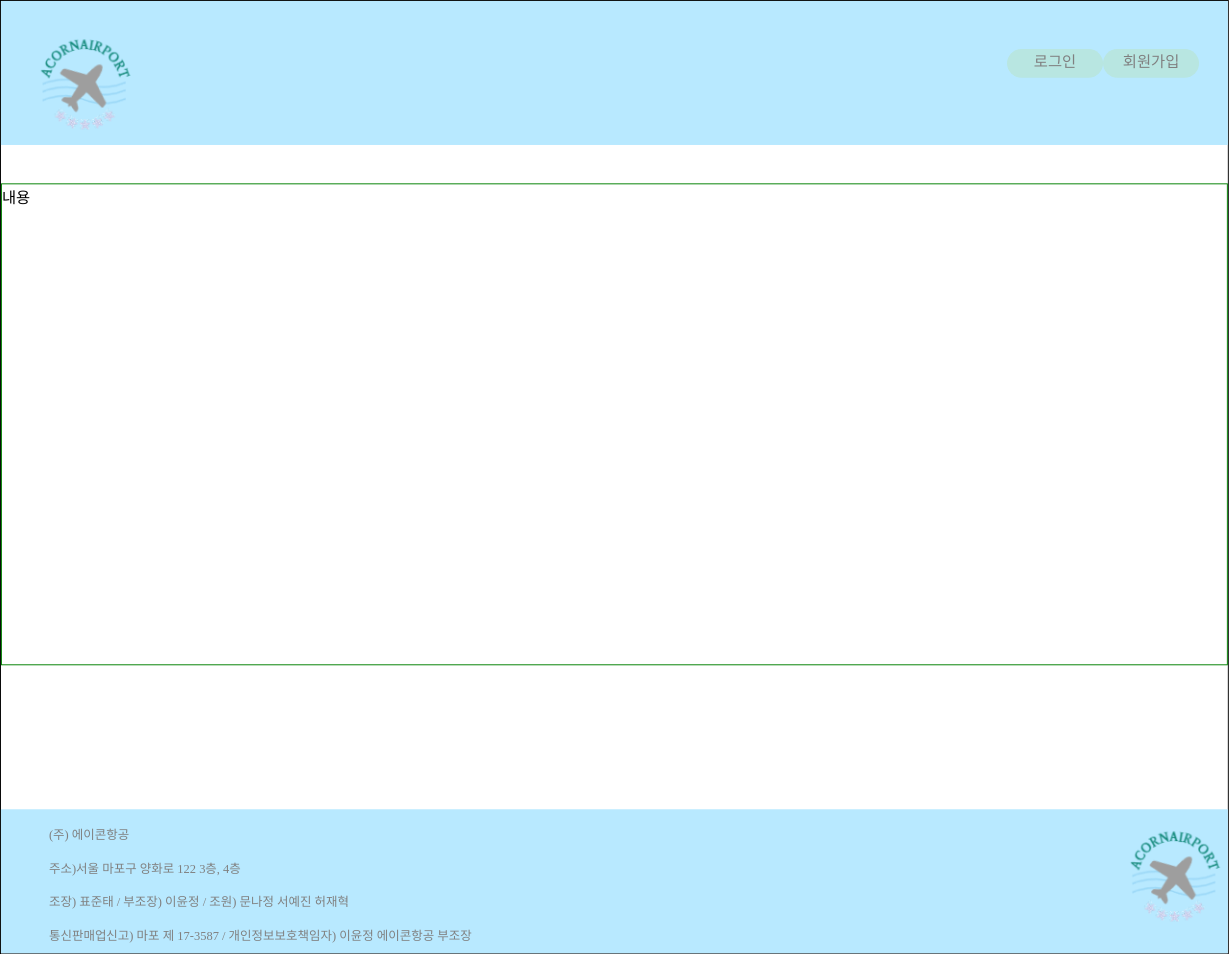
Repository: juntae710/Acorn_AirlineReservation_Project
Page: http://localhost/prj3_1/WEB-INF/views/h_index.jsp
An editor plug-in stored every save of this project. The page is shown before and after the next save, followed by the edit.
The browser window is 1280 px wide. The pictures show the whole page, at 96% of full size.
The page is served by Tomcat 9. Nobody is signed in. Other server files are loaded and not shown. The template is opened directly, without the code that normally fills it, so the values that code supplies are empty.

Above is the page before, as saved 2023-09-20 02:26:40.

### Eclipse/prj3_1/src/main/webapp/WEB-INF/views/h_index.jsp
<%@ page language="java" contentType="text/html; charset=UTF-8"
	pageEncoding="UTF-8"%>
<!DOCTYPE html>
<html>
<head>
<meta charset="UTF-8">
<title>Insert title here</title>
<style>
* {
	margin: 0;
}

main {
	border: 1px solid black;
}

header {
	background-color: #B8E9FF;
	height: 150px;
	display: flex;
	position: relative;
}

.headerimg {
	width: 200px;
	height: 70px;
	position: absolute;
	left: 30px;
	top: 30px;
}

.headerAtag {
	display: flex;
	width: 200px;
	height: 50px;
	position: absolute;
	right: 30px;
	top: 30px;
	text-align: center;
}

section {
	border: 1px solid green;
	height: 500px;
	margin-top: 40px;
}

footer {
	height: 150px;
	margin-top: 150px;
	margin-bottom: 0px;
	display: flex;
	background-color: #B8E9FF ;
}
a{
	color: gray;
	text-decoration: none;
	}


.a_box{
		margin-top: 20px;
		border-radius: 40px;
		background-color: #B8E6E1;
		width: 100px;
		height: 30px;
		}

.footer_info {
	margin-left: 50px;
	width: 1000px;
	font-size: 13px;
	color: gray;
}

.footer_img {
	width: 200px;
	height: 100px;
	margin-left: 600px;
	margin-top: 13px;
}
</style>
</head>
<body>
	<main>
		<header>
			<div class="headerimg">
				<img alt="이미지" src="<%=request.getContextPath()%>/img/acornairport.png">
			</div>

			<%
			String id = (String) session.getAttribute("id");
			%>

			<div class="headerAtag">
				<%
				if (id == null) {
				%>
				<div class="a_box"><a href="<%=request.getContextPath()%>/h_login">로그인</a></div>
				<%
				%>
				<div class="a_box"><a href="<%=request.getContextPath()%>/l_join">회원가입</a></div>
				<%
				} else {
				%>
				<p>아이디: <%=id%>님 </p>
				<div class="a_box"><a href="<%=request.getContextPath()%>/h_logOut">로그아웃</a></div>
				<div class="a_box"><a href="<%=request.getContextPath()%>/smain">마이페이지</a></div>

				<%
				}
				%>
			</div>

		</header>

		<section>내용</section>



		<footer>
			<div class="footer_info">
				<br>(주) 에이콘항공 <br>
				<br> 주소)서울 마포구 양화로 122 3층, 4층 <br>
				<br> 조장) 표준태 / 부조장) 이윤정 / 조원) 문나정 서예진 허재혁 <br>
				<br> 통신판매업신고) 마포 제 17-3587 / 개인정보보호책임자) 이윤정 에이콘항공 부조장
			</div>
			<div class="footer_img">
				<img alt="이미지" src="<%=request.getContextPath()%>/img/acornairport.png">
			</div>
		</footer>
	</main>
</body>
</html>

After the next save:
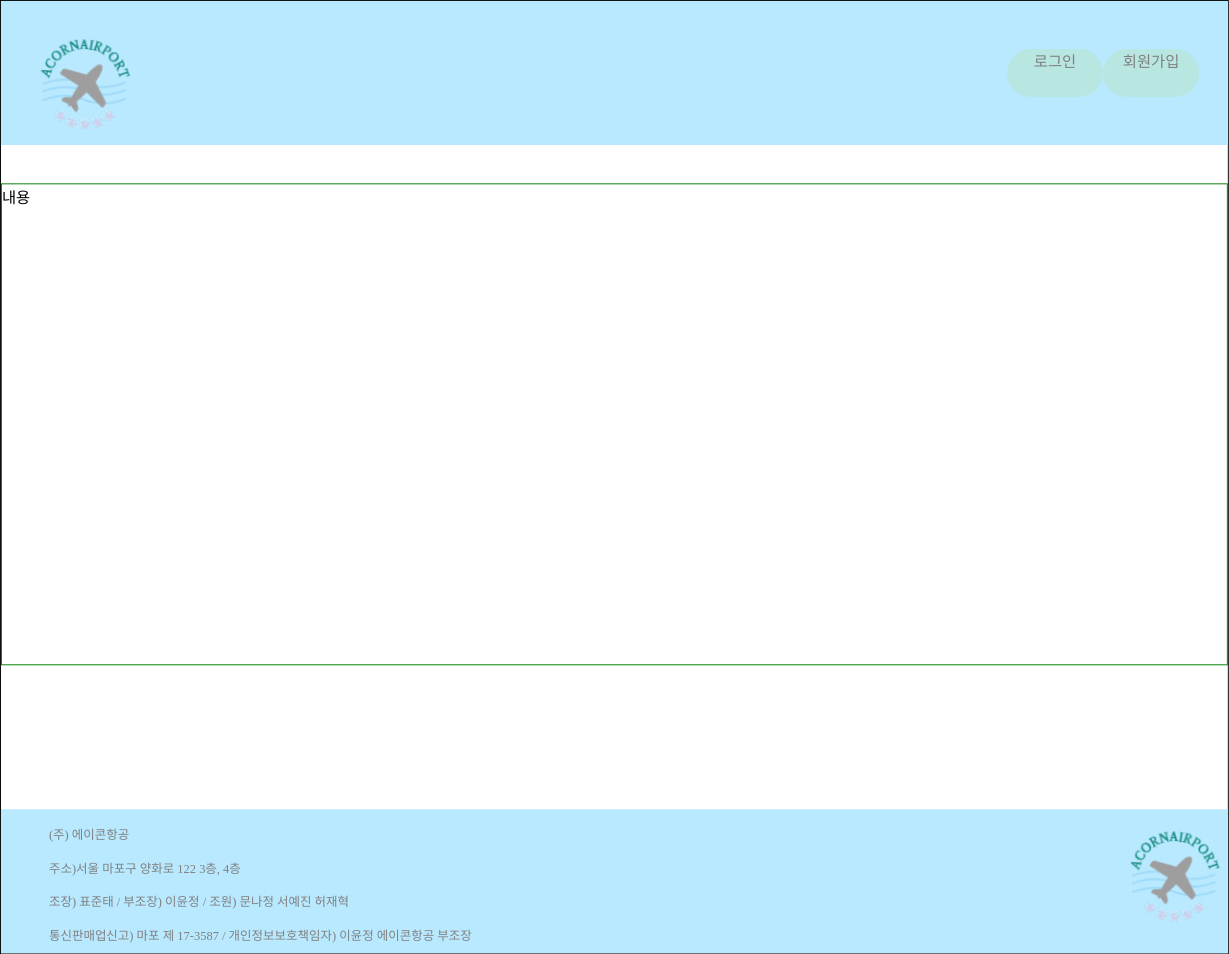
Saved 46 s later.
--- a/Eclipse/prj3_1/src/main/webapp/WEB-INF/views/h_index.jsp
+++ b/Eclipse/prj3_1/src/main/webapp/WEB-INF/views/h_index.jsp
@@ -63,7 +63,7 @@ a{
 		border-radius: 40px;
 		background-color: #B8E6E1;
 		width: 100px;
-		height: 30px;
+		height: 50px;
 		}
 
 .footer_info {
